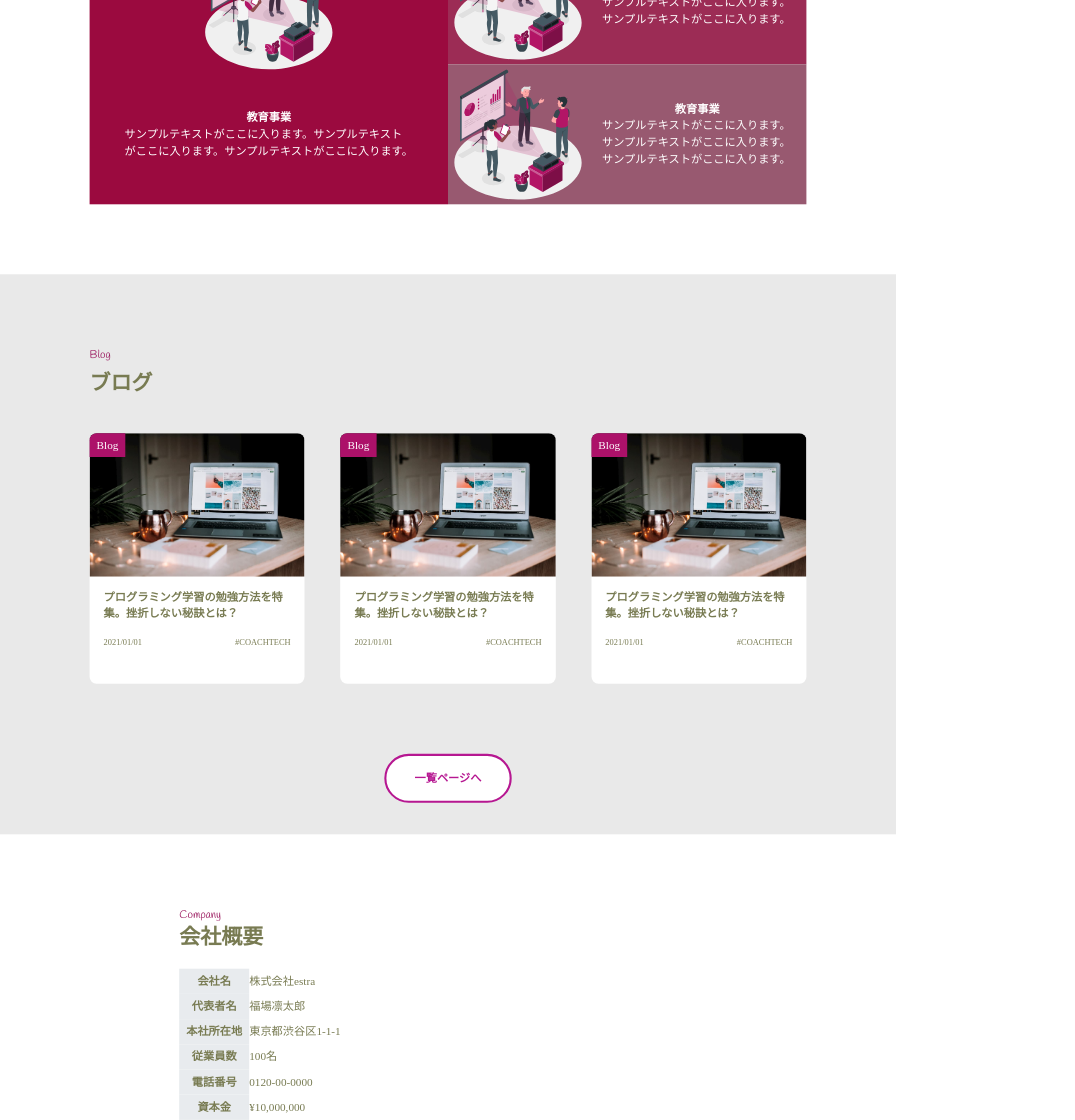
Repository: masanarimiura/20220504miura
Page: index.html
The author's editor kept a copy of each file at every save. The page is drawn from the files as they stood at one save, then again after the next save.
The browser window is 1280 px wide. The page is 1536 px wide, so the pictures cover 1536 px, including what lies to the right of the window. The pictures show the part of the page from y = 2027 to 3627 px (the page is 3627 px tall), at 70% of full size.
Some web fonts or font styles are not loaded; a fallback is used.

Above is the page before, as saved 2022-05-05 01:00:02.

### index.html
<!DOCTYPE html>
<html lang="ja">

<head>
  <meta charset="UTF-8">
  <meta http-equiv="X-UA-Compatible" content="IE=edge">
  <meta name="viewport" content="width=device-width, initial-scale=1.0">
  <title>20220504miura</title>
  <link rel="stylesheet" href="css/reset.css">
  <link rel="stylesheet" href="css/style.css">
  <link rel="preconnect" href="https://fonts.googleapis.com">
  <link rel="preconnect" href="https://fonts.gstatic.com" crossorigin>
  <link href="https://fonts.googleapis.com/css2?family=Gochi+Hand&display=swap" rel="stylesheet">
  <link rel="preconnect" href="https://fonts.googleapis.com">
  <link rel="preconnect" href="https://fonts.gstatic.com" crossorigin>
  <link href="https://fonts.googleapis.com/css2?family=Handlee&display=swap" rel="stylesheet">
</head>

<header class="header">
  <div class="header-inner">
    <div class="header-logo">
      <a href="">ssssssss
        <img src="img/estra_logo.png" alt="">
      </a>
    </div>
    <nav class="header-nav">
      <ul class="header-nav-list">
        <li class="header-nav-item"><a href="" class="header-nav-link">
            News
          </a></li>
        <li class="header-nav-item"><a href="" class="header-nav-link">
            About
          </a></li>
        <li class="header-nav-item"><a href="" class="header-nav-link">
            Service
          </a></li>
        <li class="header-nav-item"><a href="" class="header-nav-link">
            Blog
          </a></li>
        <li class="header-nav-item"><a href="" class="header-nav-link">
            Company
          </a></li>
        <li class="header-nav-item"><a href="" class="header-nav-link">
            Contact
          </a></li>
      </ul>
    </nav>
  </div>
</header>
<div class="firstview">
  <img src="img/firstview.jpg" alt="">
  <div class="firstview-inner">
    <h2 class="firstview-ttl">
      Commit to the <span class="firstview-text-emphasis">growth</span> <br>for everone
    </h2>
    <div class="firstview">
      <p class="firstview-text">
        全ての人の<span class="firstview-text-emphasis">成長</span>にコミットする
      </p>
      <p class="firstview-en">
        Educational Technology Company <br>estra inc 2019
      </p>
    </div>
  </div>
</div>
<div class="news">
  <p class="news-icon icon">News</p>
  <h2 class="news-ttl">新着情報
  </h2>
  <table class="news-table">
    <tr class="news-table-tr">
      <td class="news-table-date">2021/01/01</td>
      <td class="news-table-news">ニュース</td>
      <td class="news-table-text">COACHTECHのサービスが開始されました。</td>
    </tr>
    <tr class="news-table-tr">
      <td class="news-table-date">2021/01/01</td>
      <td class="news-table-news">ニュース</td>
      <td class="news-table-text">COACHTECHのサービスが開始されました。</td>
    </tr>
    <tr class="news-table-tr">
      <td class="news-table-date">2021/01/01</td>
      <td class="news-table-news">ニュース</td>
      <td class="news-table-text">COACHTECHのサービスが開始されました。</td>
    </tr>
    <tr class="news-table-tr">
      <td class="news-table-date">2021/01/01</td>
      <td class="news-table-news">ニュース</td>
      <td class="news-table-text">COACHTECHのサービスが開始されました。</td>
    </tr>
    <tr class="news-table-tr">
      <td class="news-table-date">2021/01/01</td>
      <td class="news-table-news">ニュース</td>
      <td class="news-table-text">COACHTECHのサービスが開始されました。</td>
    </tr>
  </table>
</div>
<div class="about">
  <div class="about-top">
    <div class="about-icon icon">About</div>
    <h2 class="about-ttl">Technology x Coaching</h2>
  </div>
  <div class="about-inner">
    <div class="about-text">
      <p class="about-text-content">
        株式会社estraはデジタル化が遅れている教育業界に最新テクノロジーを導入することによって教育のDXを実現します。　<br><br>
        独自のオペレーションとコーチングを融合した新しい教育の仕組みにより、一人ひとりに合わせた最適な教育を提供します。
      </p>
    </div>
    <img src="img/about.jpg" alt="">
  </div>
</div>
<div class="service">
  <div class="service-top">
    <div class="service-icon icon">Service</div>
    <h2 class="service-ttl">サービス内容</h2>
  </div>
  <div class="service-box">
    <div class="service-box1">
      <img src="img/service__first.svg" alt="" class="service-img">
      <div class="service-explain1">
        <h3 class="service-box-ttl1">教育事業</h3>
        <p class="service-box-text1">サンプルテキストがここに入ります。サンプルテキストがここに入ります。サンプルテキストがここに入ります。</p>
      </div>
    </div>
    <div class="service-box2">
      <img src="img/service__first.svg" alt="" class="service-img">
      <div class="service-explain2">
        <h3 class="service-box-ttl2">教育事業</h3>
        <p class="service-box-text2">サンプルテキストがここに入ります。サンプルテキストがここに入ります。サンプルテキストがここに入ります。</p>
      </div>
    </div>
    <div class="service-box3">
      <img src="img/service__first.svg" alt="" class="service-img">
      <div class="service-explain2">
        <h3 class="service-box-ttl3">教育事業</h3>
        <p class="service-box-text3">サンプルテキストがここに入ります。サンプルテキストがここに入ります。サンプルテキストがここに入ります。</p>
      </div>
    </div>
  </div>
</div>
<div class="blog">
  <div class="blog-top">
    <div class="blog-icon icon">Blog</div>
    <h2 class="blog-ttl">ブログ</h2>
  </div>
  <div class="blog-main">
    <div class="blog-card">
      <img src="img/blog__first.jpg" alt="">
      <div class="blog-noti">Blog</div>
      <div class="blog-text">
        <p class="blog-text-content">プログラミング学習の勉強方法を特集。挫折しない秘訣とは？</p>
        <div class="blog-last">
          <div class="blog-date">2021/01/01</div>
          <div class="blog-tag">#COACHTECH</div>
        </div>
      </div>
    </div>
    <div class="blog-card">
      <img src="img/blog__first.jpg" alt="">
      <div class="blog-noti">Blog</div>
      <div class="blog-text">
        <p class="blog-text-content">プログラミング学習の勉強方法を特集。挫折しない秘訣とは？</p>
        <div class="blog-last">
          <div class="blog-date">2021/01/01</div>
          <div class="blog-tag">#COACHTECH</div>
        </div>
      </div>
    </div>
    <div class="blog-card">
      <img src="img/blog__first.jpg" alt="">
      <div class="blog-noti">Blog</div>
      <div class="blog-text">
        <p class="blog-text-content">プログラミング学習の勉強方法を特集。挫折しない秘訣とは？</p>
        <div class="blog-last">
          <div class="blog-date">2021/01/01</div>
          <div class="blog-tag">#COACHTECH</div>
        </div>
      </div>
    </div>
  </div>
  <div class="blog-btn">
    <a href="http://" class="blog-link">一覧ページへ</a>
  </div>
</div>
<div class="company">
  <div class="company-top">
    <div class="company-icon icon">Company</div>
    <div class="company-ttl">会社概要</div>
  </div>
  <table class="company-table">
    <tr class="company-tr">
      <th>会社名</th>
      <td>株式会社estra</td>
    </tr>
    <tr class="company-tr">
      <th>代表者名</th>
      <td>福場凛太郎</td>
    </tr>
    <tr class="company-tr">
      <th>本社所在地</th>
      <td>東京都渋谷区1-1-1</td>
    </tr>
    <tr class="company-tr">
      <th>従業員数</th>
      <td>100名</td>
    </tr>
    <tr class="company-tr">
      <th>電話番号</th>
      <td>0120-00-0000</td>
    </tr>
    <tr class="company-tr">
      <th>資本金</th>
      <td>&yen10,000,000</td>
    </tr>
  </table>
</div>

<body>

</body>

</html>

### css/style.css
* {
  color: rgb(120, 123, 82);
}
a {
  text-decoration: none;
  color: inherit;
}
.header {
  width: 100%;
}
.header-inner {
  display: flex;
  justify-content: space-between;
  margin: 10px 20px;
}
.header img {
  width: 100px;
}
.header-nav {
  margin: 10px 20px;
}
.header-nav-list {
  display: flex;
  justify-content: center;
}
.header-nav-item:not(:last-child) {
  padding-right: 20px;
}
.firstview {
  width: 100%;
  position: relative;
}
.firstview-inner {
  position: absolute;
  top: 20%;
  left: 20%;
  width: 100%;
}
.firstview img {
  width: 60%;
  margin: 0 0 0 auto;
  display: block;
}
.firstview-ttl {
  color: rgb(119, 21, 70);
  font-size: 50px;
  font-family: "Gochi Hand", cursive;
  line-height: 1.5;
}
.firstview-text {
  color: rgb(119, 21, 70);
  font-size: 20px;
  margin-top: 30px;
}
.firstview-en {
  line-height: 1.5;
  margin-top: 10px;
}
.firstview-text-emphasis {
  color: rgb(32, 134, 172);
  font-weight: bold;
}
.news {
  margin: 100px auto 0;
  width: 60%;
}
.icon {
  color: rgb(153, 21, 92);
  font-family: "Handlee", cursive;
  line-height: 2;
}
.news-ttl {
  font-size: 30px;
  color: rgb(114, 110, 95);
}
.news-table {
  align-items: center;
  border-top: 2px solid rgb(114, 110, 95);
  border-bottom: 2px solid rgb(114, 110, 95);
  margin-top: 20px;
}
.news-table-tr {
  border-bottom: 1px solid rgb(182, 177, 160);
  padding: 30px 0;
}
.news-table-tr td {
  padding: 20px 20px 20px 0;
}
.news-table-news {
  background-color: brown;
  display: inline-block;
  padding: 1px 1px;
  border-radius: 6px;
  margin: 0 0;
  text-align: center;
  align-items: center;
  color: #fff;
}
.about {
  width: 100%;
  background-color: rgb(233, 233, 233);
  margin-top: 100px;
  line-height: 1.5;
  height: 500px;
  padding: 50px 0 20px;
}
.about-top {
  text-align: center;
  margin: 20px;
}
.about-ttl {
  font-size: 30px;
  margin-bottom: 50px;
}
.about-inner {
  display: flex;
  justify-content: space-around;
}
.about-text {
  width: 30%;
}
.about-inner img {
  width: 30%;
}
.service {
  width: 80%;
  margin: 100px auto 0;
}
.service-top {
  margin-bottom: 50px;
}
.service-ttl {
  font-size: 30px;
}
.service-box {
  display: grid;
  grid-template-rows: 50% 50%;
  grid-template-columns: 50% 50%;
}
.service-box1 img,
.service-box2 img,
.service-box3 img {
  width: 200px;
  display: inline-block;
}
.service-box1 img {
  margin: 0 auto;
}
.service-box-ttl1,
.service-box-ttl2,
.service-box-ttl3,
.service-box-text1,
.service-box-text2,
.service-box-text3 {
  color: #fff;
}
.service-box-ttl1,
.service-box-ttl2,
.service-box-ttl3 {
  text-align: center;
}
.service-box1 {
  grid-column: 1/2;
  grid-row: 1/3;
  background-color: rgb(155, 10, 63);
  width: 100%;
  display: flex;
  flex-direction: column;
  justify-content: center;
}
.service-explain1 {
  line-height: 1.5;
  margin: 50px;
}
.service-box2 {
  grid-column: 2/3;
  grid-row: 1/2;
  background-color: rgb(156, 44, 85);
  width: 100%;
  display: flex;
  align-items: center;
}
.service-explain2 {
  line-height: 1.5;
  margin: 50px 20px;
}
.service-box3 {
  grid-column: 2/3;
  grid-row: 2/3;
  background-color: rgb(152, 89, 112);
  width: 100%;
  display: flex;
  align-items: center;
}
.service-explain3 {
  line-height: 1.5;
  margin: 50px 20px;
}
.blog {
  width: 100%;
  background-color: rgb(233, 233, 233);
  margin: 100px auto 0;
  line-height: 1.5;
  height: 700px;
  padding: 100px 0 0px;
}
.blog-top {
  width: 80%;
  margin: 0px auto auto;
}
.blog-ttl {
  font-size: 30px;
}
.blog-main {
  margin: 50px 10% auto;
  display: flex;
  justify-content: space-between;
}
.blog-card {
  width: 30%;
  border-radius: 10px;
  position: relative;
  background: #fff;
}
.blog-card img {
  width: 100%;
  border-radius: 10px 10px 0 0;
}
.blog-noti {
  position: absolute;
  top: 0;
  left: 0;
  background-color: rgb(172, 17, 105);
  color: #fff;
  padding: 5px 10px;
  border-radius: 10px 0 0 0;
}
.blog-text {
  padding: 10px 20px;
}
.blog-text-content {
  font-weight: bold;
}
.blog-last {
  margin: 20px 0;
  padding-bottom: 20px;
  display: flex;
  justify-content: space-between;
  font-size: 12px;
}
.blog-btn {
  display: flex;
  justify-content: center;
  margin: 100px;
}
.blog-link {
  background-color: #fff;
  padding: 20px 40px;
  border: 3px solid rgb(182, 23, 145);
  border-radius: 50px;
  font-weight: bold;
  color: rgb(182, 23, 145);
}
.company {
  width: 60%;
  margin: 100px auto 0;
}
.company-ttl {
  font-size: 30px;
  font-weight: bold;
}
.company-table {
  margin: 30px 0 0;
}
.company-tr th {
  background-color: rgb(232, 235, 238);
  padding: 10px;
  text-align: .;
}
.company-tr td {
}

Loaded but not shown: css/reset.css (common file)

After the next save:
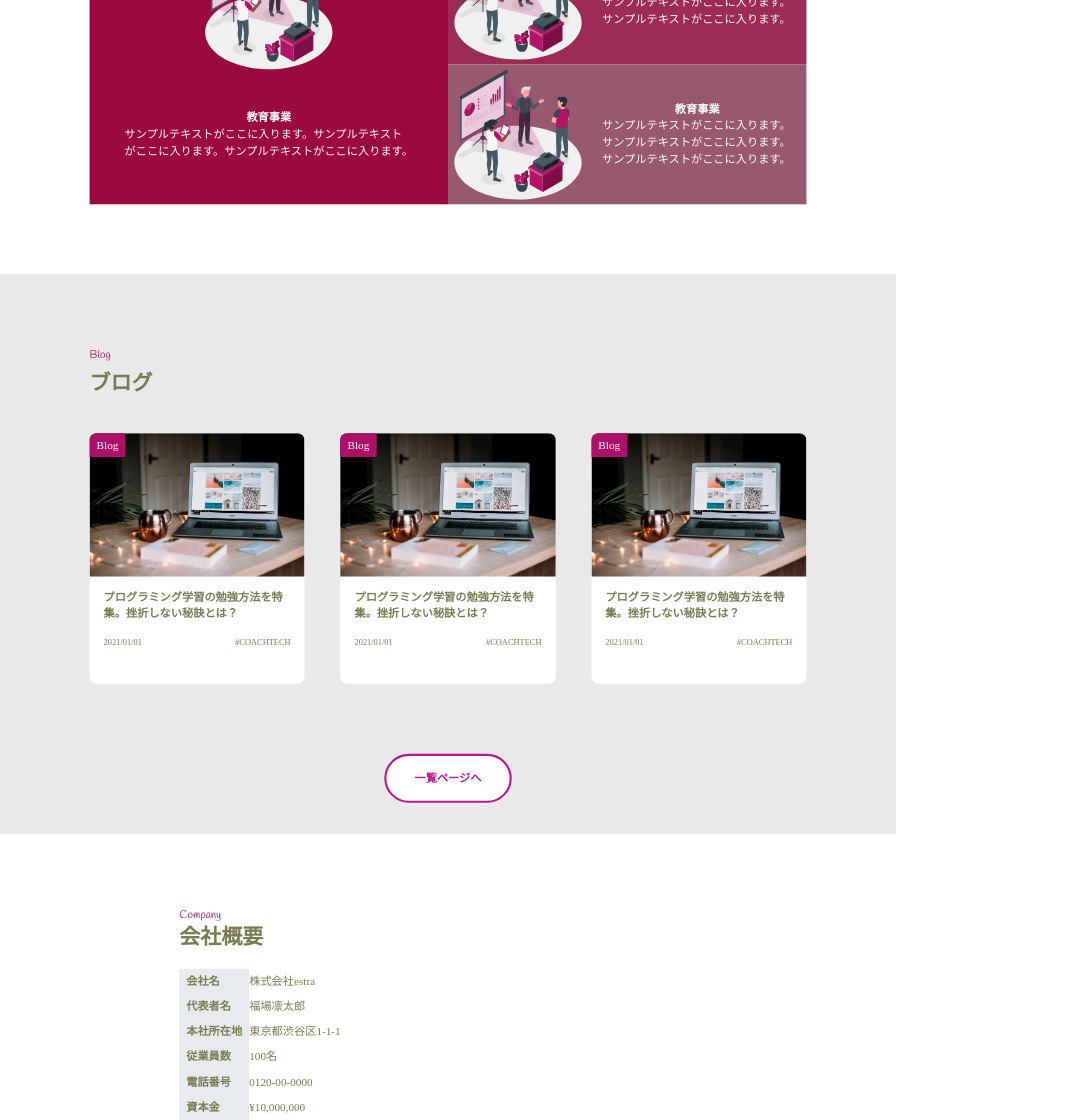
Saved 4 s later.
--- a/css/style.css
+++ b/css/style.css
@@ -275,7 +275,7 @@ a {
 .company-tr th {
   background-color: rgb(232, 235, 238);
   padding: 10px;
-  text-align: .;
+  text-align: left;
 }
 .company-tr td {
 }
